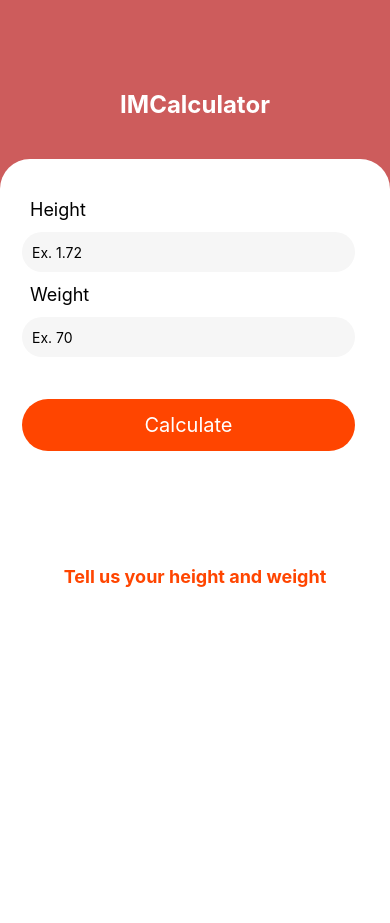
Repository: rubenmatias08/IMCTracker
Screen: /
These files come from the project's save history. The screen is drawn as it stood at one moment and after the next save; the edit follows.
The app was drawn by React Native's web renderer in a window 390 px wide. The project was rebuilt for these pictures with package versions that can differ from the ones it lists, and the page was loaded fresh each time.

Above is the screen before, as saved 2024-03-11 00:52:03.

### App.js
import { StyleSheet, View } from 'react-native';
import Title from './src/components/Title';
import Form from './src/components/Form/index'

export default function App() {
  return (
    <View style={styles.container}>
      <Title/>
      <Form />
    </View>
  );
}

const styles = StyleSheet.create({
  container: {
    flex: 1,
    backgroundColor: '#CD5C5C',
    paddingTop: 80,

  },
});



/*
   alignItems: 'center',
    justifyContent: 'center',

*/

### src/components/Title/index.js
import React from "react";
import { View,Text } from "react-native"; //Componentes
import styles from "./style";

export default function Title(){
    return(
        <View style={styles.boxTitle}>
            <Text style={styles.textTitle}>IMCalculator</Text>
        </View>
    )
}

//Para aplicar a estilização colocamos: style={nomedoficheiroimportado.propriedadeJSON}

### src/components/Form/index.js
import React , {useState} from "react";
import { TextInput, View, Text, TouchableOpacity} from "react-native";
import ResultIMC from "./ResultIMC";
import styles from "./style";


export default function Form(){

    const [height, setHeight] = useState(null); // Altura
    const [weight, setWeight] = useState(null); // Peso
    const [messageIMC, setmessageIMC] = useState("Tell us your height and weight"); // Mensagem que contem o resultado
    const [imc,setIMC] = useState(null); // valor do IMC
    const [textButton, setTextButton] = useState("Calculate"); //

    //Calcular o imc é altura x altura a dividir por peso
    //E vamos querer que nos retorne o resultado (toFixed) que é para vir com 2 casas decimais apenas.
    function CalculatorIMC(){
        return setIMC((weight / (height * height)).toFixed(2))
    }

    //Caso os valores tiverem sido preenchidos ele valida, caso contrário temos de avisar o usuário para preencher os dados de altura e peso.
    //Aqui com a condição é: Caso os valores de height e weight sejam diferentes de null, ou seja, estão preenchidos... Chama a função CalculatorIMC() que fará o calculo que depois nos dá o resultado.
    function ValidationIMC(){
        if(height != null && weight != null){
            CalculatorIMC() //Função do calculo
            setHeight(null) //Reset de height para que se faça depois um novo calculo
            setWeight(null) //Reset de weight para que se faça depois um novo calculo
            setmessageIMC("Your IMC is:") //Mensagem para apresentar o resultado
            setTextButton("Calculate again") //Botão com mensagem
            return //Depois de tudo isto... Retorna-nos.
        }
        setIMC(null) //caso o peso e altura sejam nulos, colocamos o imc como nulo também para que não haja resposta de possiveis calculos anteriores
        setTextButton("Calculate") //Para voltar a apresentar o texto original
        setmessageIMC("Tell us your height and weight") //Para voltar a apresentar o texto original

    }


    return(
        <View style={styles.formContent}>
            <View style={styles.form}>
                <Text style={styles.formLabel}>Height</Text>
                <TextInput style= {styles.input}
                onChangeText={setHeight}
                value={height}
                placeholder="Ex. 1.72"
                keyboardType="numeric"
                />

                <Text style={styles.formLabel}>Weight</Text>
                <TextInput style= {styles.input}
                onChangeText={setWeight}
                value={weight}
                placeholder="Ex. 70"
                keyboardType="numeric"
                />

               <TouchableOpacity style={styles.buttonCalculator} onPress={() => ValidationIMC()}>
               <Text style={styles.textButtonCalculator}>{textButton}</Text>
               </TouchableOpacity>

            </View>
            <ResultIMC messageResultImc={messageIMC} resultImc={imc}/>
        </View>
    )
}

//O keyboardType indica qual o tipo de teclado que ele vai abrir
//No <ResultIMC> leva duas props com propriedades dinamicas.


//Antes tinhamos um Button para clicar em vez de TouchOpacity, assim:
//  <Button onPress={() => ValidationIMC()} title={textButton}/>
//mas fizemos diferente e usamos o TouchOpacity porque é mais moderno e melhor. Há várias opções assim, basta ver na documentação do react native.

### src/components/Title/style.js
import { StyleSheet } from "react-native";

const styles = StyleSheet.create( {
    boxTitle: {
        alignItems: "center",
        justifyContent: "center",
        padding: 10,
    },
    textTitle: {
        color:"white",
        fontSize:24,
        fontWeight:"bold"
    }
});

export default styles;

### src/components/Form/ResultIMC/index.js
import React from "react";
import { View , Text } from "react-native";
import styles from "./style";

export default function ResultIMC(props){
    return(
        <View style={styles.ResultIMC}>
            <Text style={styles.information}>{props.messageResultImc}</Text>
            <Text style={styles.numberIMC}>{props.resultImc}</Text>
        </View>
    )
}

//Neste componente vai ser mostrado o resultado do valor de IMC e uma mensagem com o valor desse IMC.

### src/components/Form/style.js
import { StyleSheet } from "react-native";

const styles = StyleSheet.create( {
    formContent: {
        width:"100%",
        height:"100%",
        bottom:0,
        backgroundColor:"#ffffff",
        alignItems:"center",
        borderTopLeftRadius:30,
        borderTopRightRadius:30,
        marginTop:30
    },
    form: {
        width:"100%",
        height:"auto", //Colocando auto, ao colocar novos items ao conteudo ele ajusta.
        marginTop:30,
        padding:10
    },
    formLabel:{
        color:"#000000",
        fontSize:18,
        paddingLeft:20,
    },
    input:{
        width:"90%",
        borderRadius:50,
        backgroundColor:"#f6f6f6",
        height:40,
        margin:12,
        paddingLeft:10,
    },
    buttonCalculator:{
        borderRadius:50,
        alignItems:"center",
        justifyContent:"center",
        width:"90%",
        backgroundColor:"#FF4500",
        paddingTop:14,
        paddingBottom:14,
        marginLeft:12,
        margin:30

    },
    textButtonCalculator:{
        fontSize:20,
        color: "#ffffff",
    }
});

export default styles;

### src/components/Form/ResultIMC/style.js
import { StyleSheet } from "react-native";

const styles = StyleSheet.create( {
    ResultIMC: {
        flex:1,
        marginTop:15,
        paddingTop:60,
        borderRadius:50,
        alignItems:"center",
        width:"100%",
    },
    numberIMC:{
        fontSize:48,
        color:"#FF4500",
        fontWeight:"bold"
    },
    information:{
        fontSize:18,
        color:"#FF4500",
        fontWeight:"bold"
    }
});

export default styles;

After the next save:
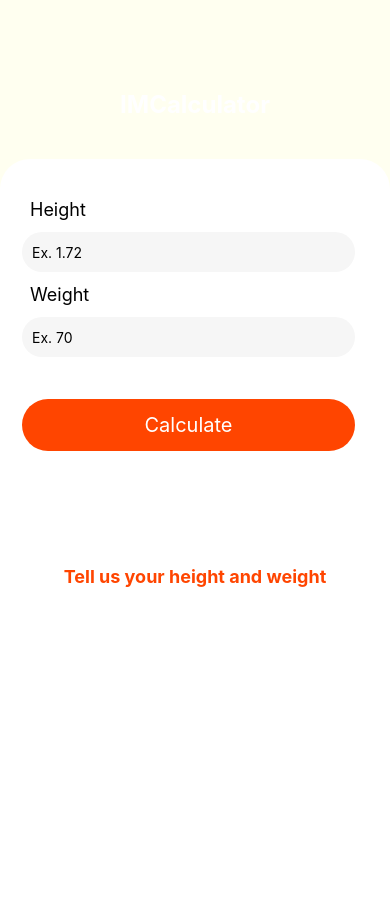
Saved 21 s later.
--- a/App.js
+++ b/App.js
@@ -14,7 +14,7 @@ export default function App() {
 const styles = StyleSheet.create({
   container: {
     flex: 1,
-    backgroundColor: '#CD5C5C',
+    backgroundColor: '#FFFFF0',
     paddingTop: 80,
 
   },
